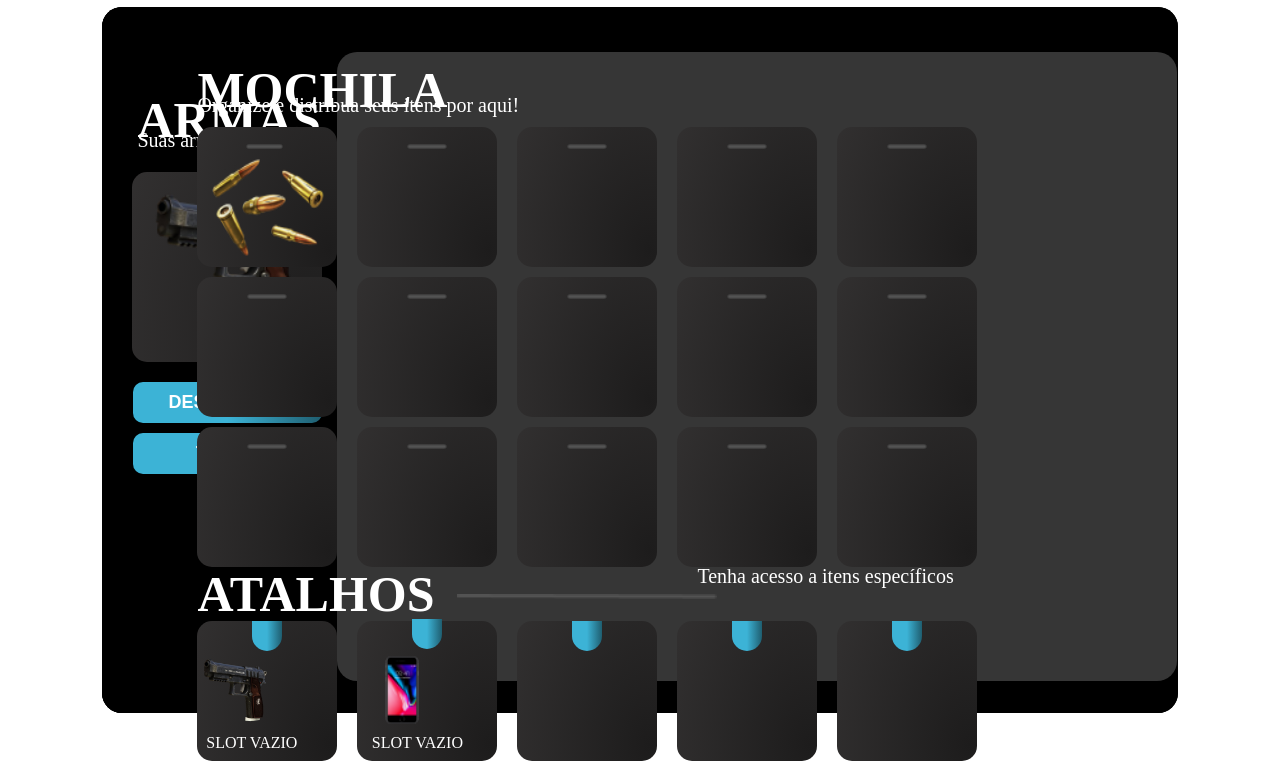
Repository: DuMCorrea/Mochila
Page: index.html
An editor plug-in stored every save of this project. The page is shown before and after the next save, followed by the edit.
The browser window is 1280 px wide. The pictures show the whole page.
Some web fonts or font styles are not loaded; a fallback is used.

Above is the page before, as saved 2024-09-03 10:58:31.

### index.html
<!DOCTYPE html>
<html lang="pt-BR">
<head>
    <meta charset="UTF-8">
    <meta name="viewport" content="width=device-width, initial-scale=1.0">
    <link href="https://fonts.googleapis.com/css2?family=Baloo+Bhai+2&display=swap" rel="stylesheet">
    <title>Modelo de Tela</title>
    <link rel="stylesheet" href="styles.css">
</head>
<body>
    <div class="container">
        <div class="background-rectangle">
            <div class="left-div">
                <div class="content-left">
                    <h1>ARMAS</h1>
                    <p>Suas armas equipadas!</p>
                    <div class="image-container">
                        <img src="assets/ARMA.png" alt="Imagem" />
                    </div>
                    <button class="desequipar-btn">DESEQUIPAR</button>
                    <button class="todas">TODAS</button>
                </div>
            </div>
            <div class="right-div">
                <div class="content-right">
                    <h1>MOCHILA</h1>
                    <p>Organize e distribua seus itens por aqui!</p>
                    <div class="squares-container">
                        <div class="square">
                            <img src="assets/traco.png" alt="Imagem" class="square-image-unic">
                            <img src="assets/balas.png" alt="Imagem" class="shots-image">
                        </div>
                        <div class="square">
                            <img src="assets/traco.png" alt="Imagem" class="square-image">
                        </div>
                        <div class="square">
                            <img src="assets/traco.png" alt="Imagem" class="square-image">
                        </div>
                        <div class="square">
                            <img src="assets/traco.png" alt="Imagem" class="square-image">
                        </div>
                        <div class="square">
                            <img src="assets/traco.png" alt="Imagem" class="square-image">
                        </div>
                    </div>
                    <!-- Segunda linha de quadrados -->
                    <div class="squares-containerr">
                        <div class="square">
                            <img src="assets/traco.png" alt="Imagem" class="square-image">
                        </div>
                        <div class="square">
                            <img src="assets/traco.png" alt="Imagem" class="square-image">
                        </div>
                        <div class="square">
                            <img src="assets/traco.png" alt="Imagem" class="square-image">
                        </div>
                        <div class="square">
                            <img src="assets/traco.png" alt="Imagem" class="square-image">
                        </div>
                        <div class="square">
                            <img src="assets/traco.png" alt="Imagem" class="square-image">
                        </div>
                    </div>

                    <!-- Terceira linha de quadrados -->
                    <div class="squares-containerrr">
                        <div class="square">
                            <img src="assets/traco.png" alt="Imagem" class="square-image">
                        </div>
                        <div class="square">
                            <img src="assets/traco.png" alt="Imagem" class="square-image">
                        </div>
                        <div class="square">
                            <img src="assets/traco.png" alt="Imagem" class="square-image">
                        </div>
                        <div class="square">
                            <img src="assets/traco.png" alt="Imagem" class="square-image">
                        </div>
                        <div class="square">
                            <img src="assets/traco.png" alt="Imagem" class="square-image">
                        </div>
                        </div>
                        <div class="atalhos-title-container">
                            <h1 class="atalhos-title">
                                ATALHOS
                                <img src="assets/linhaGrande.png" alt="Descrição da Imagem" class="atalhos-image">
                                <p class="atalhos-paragraph">Tenha acesso a itens específicos</p>
                            </h1>
                        </div>
                        <div class="shortcuts-container">
                            <div class="square">
                                <div class="blue-squaree"></div>
                                <img src="assets/ARMA.png" class="arma-image">
                                <p style="font-size: 16px; position: relative; top: 60px; right: 50px; white-space: nowrap;" >SLOT VAZIO</p>
                            </div>
                            <div class="square">
                                <div class="blue-squareee"></div>
                                <img src="assets/celular.png" class="cell-image">
                                <p  style="font-size: 16px; position: relative; top: 60px; right: 50px; white-space: nowrap;" >SLOT VAZIO</p>
                            </div>
                            <div class="square">
                                <div class="blue-square"></div>
                            </div>
                            <div class="square">
                                <div class="blue-square"></div>
                            </div>
                            <div class="square">
                                <div class="blue-square"></div>
                            </div>
                        </div>

                        </div>
                        </div>
                        </div>
                        </div>
                        </body>

                        </html>

### styles.css
body, html {
    margin: 0;
    padding: 0;
    width: 100%;
    height: 100%;
    display: flex;
    justify-content: center;
    align-items: center;
    background-color: white; /* Fundo preto para o body */
    font-family: 'Baloo Bhai 2', cursive; /* Aplicando a fonte Baloo Bhai */
}

.container {
    width: 84%; /* Largura da div principal */
    height: 98%; /* Altura da div principal */
    display: flex;
    justify-content: center;
    align-items: center;
    background-color: #000000; /* Fundo preto para a div principal */
    border-radius: 20px; /* Canto arredondado */
    font-family: 'Baloo Bhai 2', cursive; /* Aplicando a fonte Baloo Bhai */
}

.background-rectangle {
    width: 100%;
    height: 100%;
    background: #000000; /* Fundo preto para o retângulo principal */
    border-radius: 20px; /* Cantos arredondados */
    display: flex;
}

.left-div {
    width: 22%; /* 25% da largura da tela */
    height: 100%;
    background-color: #000000; /* Fundo preto para a div esquerda */
    display: flex;
    justify-content: center;
    align-items: center;
    border-radius: 20px 0 0 20px; /* Canto arredondado à esquerda */
    font-family: 'Baloo Bhai 2', cursive; /* Aplicando a fonte Baloo Bhai */
}

.right-div {
    width: calc(110% - 20px); /* 73% da largura da tela menos a margem */
    height: calc(92% - 20px); /* 95% da altura menos a margem */
    background-color: #363636; /* Fundo cinza para a div direita */
    display: flex;
    justify-content: center;
    align-items: center;
    margin: 45px; /* Margem em torno da div da direita */
    border-radius: 20px; /* Cantos arredondados */
    font-family: 'Baloo Bhai 2', cursive; /* Aplicando a fonte Baloo Bhai */
}


/* DIV DA ESQUERDA */

.content-left {
    text-align: justify; /* Justifica o texto */
    display: flex;
    flex-direction: column;
    justify-content: flex-start; /* Alinha os elementos ao topo da div */
    align-items: center; /* Centraliza horizontalmente */
    height: 100%; /* Ocupa toda a altura da div esquerda */
    padding-top: 100px; /* Adiciona um espaçamento do topo */
}

.left-div h1 {
    color: white; /* Cor branca para o título */
    font-size: 50px; /* Tamanho da fonte do título */
    margin-bottom: -20px; /* Espaçamento negativo para aproximar o parágrafo */
    font-weight: 900;
    width: 100%; /* Para garantir que a justificação funcione */
    text-align: justify; /* Justifica o texto do título */
    position: relative;
    left: 35px;
}

.left-div p {
    color: white; /* Cor branca para a frase */
    font-size: 20px; /* Tamanho da fonte da frase */
    margin-top: 0; /* Remove a margem superior do parágrafo */
    width: 100%; /* Para garantir que a justificação funcione */
    text-align: justify; /* Justifica o texto da frase */
    font-weight: 100;
    position: relative;
    left: 35px;
}

.image-container {
    width: 190px; /* Largura do quadrado */
    height: 190px; /* Altura do quadrado */
    background: radial-gradient(547.21% 823.76% at 94.51% 88.04%, #1D1C1C 0%, #837E7E 100%); /* Fundo com gradiente */
    border-radius: 15px; /* Borda arredondada */
    display: flex;
    justify-content: center;
    align-items: center;
    margin-top: 0px; /* Espaçamento acima da imagem */
    position: relative;
    left: 30px;
}

.image-container img {
    width: 85%; /* Ajusta o tamanho da imagem para caber no container */
    height: 85%; /* Ajusta o tamanho da imagem para caber no container */
    border-radius: 15px; /* Borda arredondada da imagem para combinar com o container */
}

.desequipar-btn {
    margin-top: 20px; /* Espaçamento acima do botão */
    padding: 10px 20px; /* Espaçamento interno do botão */
    background: linear-gradient(90deg, #3CB3D6 49.9%, #1F5E70 100%); /* Fundo com gradiente */
    color: white; /* Cor do texto */
    font-size: 18px; /* Tamanho da fonte */
    font-weight: bold; /* Negrito no texto */
    border: none; /* Remove a borda padrão do botão */
    border-radius: 10px; /* Bordas arredondadas */
    cursor: pointer; /* Cursor de ponteiro ao passar o mouse */
    text-align: center; /* Centraliza o texto no botão */
    width: 189px; /* Largura do botão */
    position: relative;
    left: 30px;
}

.todas {
    margin-top: 10px; /* Espaçamento acima do botão */
    padding: 10px 20px; /* Espaçamento interno do botão */
    background: linear-gradient(90deg, #3CB3D6 49.9%, #1F5E70 100%); /* Fundo com gradiente */
    color: white; /* Cor do texto */
    font-size: 18px; /* Tamanho da fonte */
    font-weight: bold; /* Negrito no texto */
    border: none; /* Remove a borda padrão do botão */
    border-radius: 10px; /* Bordas arredondadas */
    cursor: pointer; /* Cursor de ponteiro ao passar o mouse */
    text-align: center; /* Centraliza o texto no botão */
    width: 189px; /* Largura do botão */
    position: relative;
    left: 30px;
}


/* DIV DA DIREITA */


.content-right {
    display: flex;
    flex-direction: column;
    justify-content: flex-start; /* Alinha os elementos ao topo da div */
    align-items: flex-start; /* Alinha os elementos à esquerda */
    height: 100%; /* Ocupa toda a altura da div direita */
    padding: 20px; /* Adiciona um espaçamento interno */
}

.right-div h1 {
    color: white; /* Cor branca para o título */
    font-size: 50px; /* Tamanho da fonte do título */
    margin-bottom: -20px; /* Espaçamento negativo para aproximar o parágrafo */
    font-weight: 900;
    width: 100%; /* Para garantir que a justificação funcione */
    text-align: left; /* Alinha o texto à esquerda */
    position: relative; /* Posicionamento relativo para o elemento abaixo */
    right: 160px;
    bottom: 25px;
}

.right-div p {
    color: white; /* Cor branca para a frase */
    font-size: 20px; /* Tamanho da fonte da frase */
    margin-top: 0; /* Remove a margem superior do parágrafo */
    width: 100%; /* Para garantir que a justificação funcione */
    text-align: left; /* Alinha o texto à esquerda */
    font-weight: 100;
    position: relative; /* Posicionamento relativo para o elemento abaixo */
    right: 160px;
    bottom: 30px;
}

.squares-container {
    display: flex; /* Exibe os quadrados em linha */
    justify-content: center; /* Centraliza os quadrados horizontalmente */
    align-items: center; /* Centraliza os quadrados verticalmente */
    width: 100%; /* Largura total para o contêiner */
    height: 50%; /* Altura do contêiner */
    position: relative;
    right: 170px;
    bottom: 40px;
}

.squares-containerr {
    display: flex; /* Exibe os quadrados em linha */
    justify-content: center; /* Centraliza os quadrados horizontalmente */
    align-items: center; /* Centraliza os quadrados verticalmente */
    width: 100%; /* Largura total para o contêiner */
    height: 50%; /* Altura do contêiner */
    position: relative;
    right: 170px;
    bottom: 30px;

}
.squares-containerrr {
    display: flex; /* Exibe os quadrados em linha */
    justify-content: center; /* Centraliza os quadrados horizontalmente */
    align-items: center; /* Centraliza os quadrados verticalmente */
    width: 100%; /* Largura total para o contêiner */
    height: 50%; /* Altura do contêiner */
    position: relative;
    right: 170px;
    bottom: 20px;
}

.square {
    width: 140px; /* Largura dos quadrados */
    height: 140px; /* Altura dos quadrados */
    background: radial-gradient(547.21% 823.76% at 94.51% 88.04%, #1D1C1C 0%, #837E7E 100%); /* Gradiente de fundo */
    border-radius: 15px; /* Bordas arredondadas */
    margin: 0 10px 0px 10px; /* Espaçamento entre os quadrados e entre as linhas */
    display: flex;
    justify-content: center; /* Centraliza horizontalmente o conteúdo */
    align-items: center; /* Centraliza verticalmente o conteúdo */
}

.square-image {
    width: 40px; /* Tamanho da imagem dentro dos quadrados */
    height: 5px;
    position: relative;
    bottom: 50px;
}

.square-image-unic {
    width: 40px; /* Tamanho da imagem dentro dos quadrados */
    height: 5px;
    position: relative;
    bottom: 50px;
    left: 60px;
}

.shots-image {
    width: 90%; /* Tamanho da imagem dentro dos quadrados */
    height: 70%;
    position: relative;
    top: 10px;
    right: 20px;
}


.shortcuts-container {
    display: flex;
    justify-content: center;
    align-items: center;
    width: 100%;
    position: relative;
    right: 170px;
    bottom: 80px;
}

.atalhos-title-container {
    display: flex;
    align-items: center;
    justify-content: flex-start;
    position: relative;
    right: 0px;
    bottom: 30px;
}

.atalhos-image {
    width: 260px; /* Ajuste o tamanho da imagem conforme necessário */
    height: 5px;
    position: relative;
    bottom: 12px;
    left: 10px;
}

.atalhos-paragraph {
    color: white;
    font-size: 20px; /* Ajuste o tamanho do texto conforme necessário */
    position: relative;
    top: -58px;
    left: 500px;
}

.arma-image {
    width: 70px; /* Ajuste o tamanho da imagem conforme necessário */
    height: 70px;
    position: relative;
    bottom: 1px;
    left: 13px;
}

.cell-image {
    width: 80px; /* Ajuste o tamanho da imagem conforme necessário */
    height: 80px;
    position: relative;
    bottom: 1px;
    left: 20px;
}

.square-image-unicc {
    width: 40px; /* Tamanho da imagem dentro dos quadrados */
    height: 5px;
    position: relative;
    bottom: 50px;
    left: 75px;
}

.blue-square {
    width: 30px; /* Largura do quadrado pequeno */
    height: 30px; /* Altura do quadrado pequeno */
    background: linear-gradient(90deg, #3CB3D6 49.9%, #1F5E70 100%); /* Cor de fundo conforme especificado */
    border-radius: 0px 0px 15px 15px; /* Bordas levemente arredondadas, se desejar */
    position: relative;
    bottom: 55px;
}

.blue-squaree {
    width: 30px; /* Largura do quadrado pequeno */
    height: 30px; /* Altura do quadrado pequeno */
    background: linear-gradient(90deg, #3CB3D6 49.9%, #1F5E70 100%); /* Cor de fundo conforme especificado */
    border-radius: 0px 0px 15px 15px; /* Bordas levemente arredondadas, se desejar */
    position: absolute;
    bottom: 110px;
    left: 65px;
}

.blue-squareee {
    width: 30px; /* Largura do quadrado pequeno */
    height: 30px; /* Altura do quadrado pequeno */
    background: linear-gradient(90deg, #3CB3D6 49.9%, #1F5E70 100%); /* Cor de fundo conforme especificado */
    border-radius: 0px 0px 15px 15px; /* Bordas levemente arredondadas, se desejar */
    position: absolute;
    bottom: 112px;
}

After the next save:
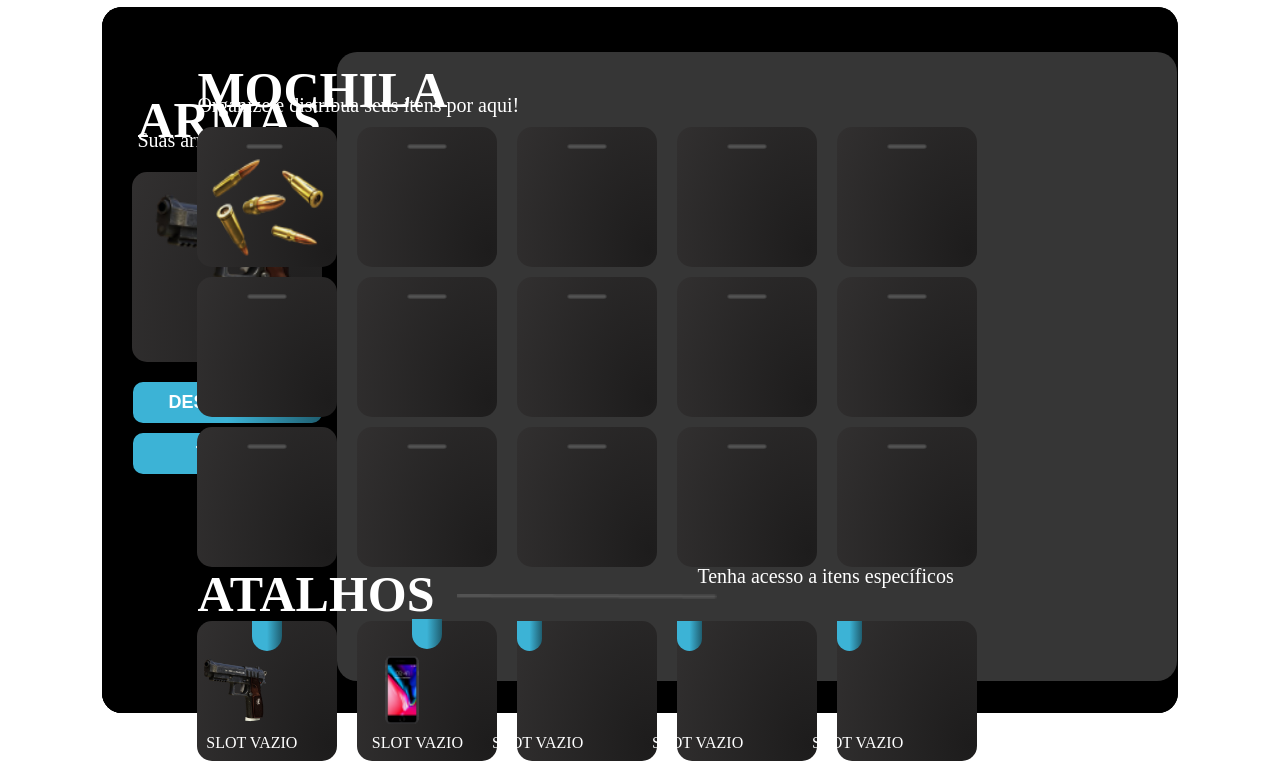
Saved 24 s later.
--- a/index.html
+++ b/index.html
@@ -100,12 +100,15 @@
                             </div>
                             <div class="square">
                                 <div class="blue-square"></div>
+                                <p style="font-size: 16px; position: relative; top: 60px; right: 50px; white-space: nowrap;" >SLOT VAZIO</p>
                             </div>
                             <div class="square">
                                 <div class="blue-square"></div>
+                                <p style="font-size: 16px; position: relative; top: 60px; right: 50px; white-space: nowrap;" >SLOT VAZIO</p>
                             </div>
                             <div class="square">
                                 <div class="blue-square"></div>
+                                <p style="font-size: 16px; position: relative; top: 60px; right: 50px; white-space: nowrap;" >SLOT VAZIO</p>
                             </div>
                         </div>
 
